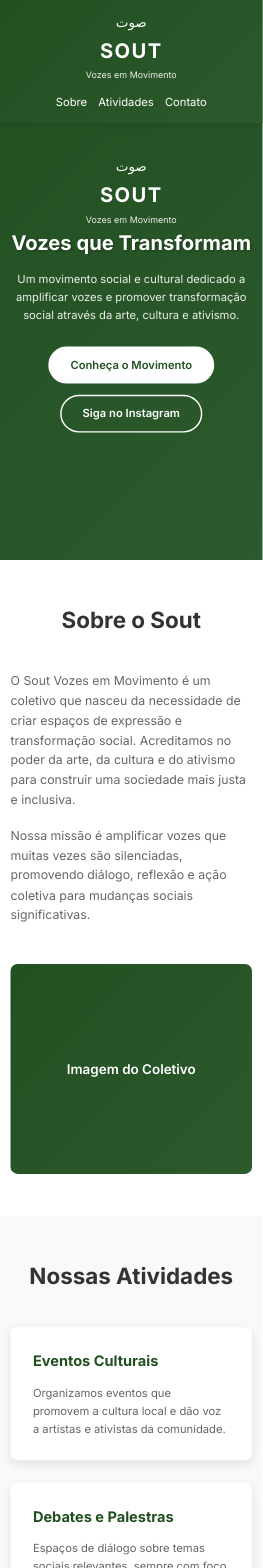
Repository: farukzahra/sout
Page: index.html
An editor plug-in stored every save of this project. The page is shown before and after a run of saves, followed by the edit.
The browser window is 375 px wide. The pictures show the part of the page from y = 0 to 2240 px (the page is 3551 px tall), at 70% of full size.

Above is the page before, as saved 2025-10-02 12:55:05.

After the next 3 saves:
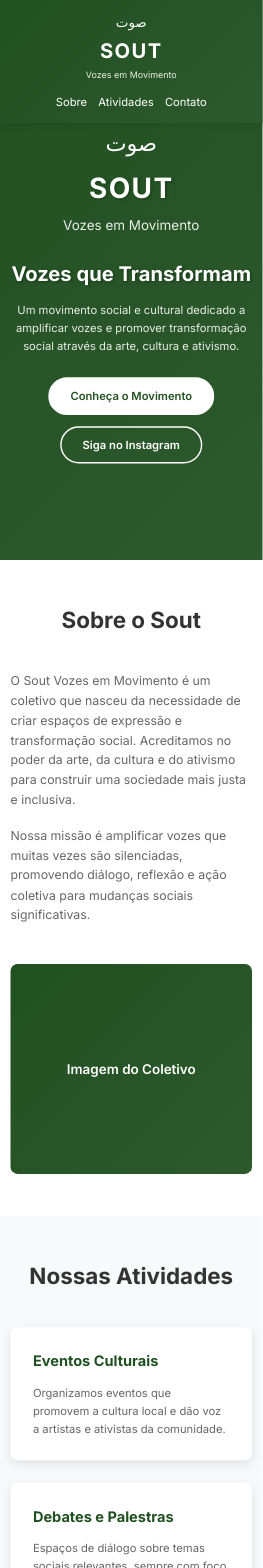
The 3 saves are shown as one change because they came seconds apart.
The last was saved 9 s later.
--- a/style.css
+++ b/style.css
@@ -89,6 +89,26 @@ body {
     min-height: 100vh;
     display: flex;
     align-items: center;
+}
+
+.hero-logo {
+    margin-bottom: 2rem;
+}
+
+.hero-logo .logo-text {
+    font-size: 2rem;
+    margin-bottom: 0.5rem;
+}
+
+.hero-logo .logo-main {
+    font-size: 4rem;
+    margin-bottom: 0.3rem;
+    text-shadow: 2px 2px 4px rgba(0,0,0,0.3);
+}
+
+.hero-logo .logo-subtitle {
+    font-size: 1.2rem;
+    opacity: 0.9;
 }
 
 .hero-content h2 {
@@ -316,6 +336,10 @@ body {
         gap: 1rem;
     }
 
+    .hero-logo .logo-main {
+        font-size: 3rem;
+    }
+
     .hero-content h2 {
         font-size: 2rem;
     }
@@ -345,6 +369,10 @@ body {
         padding: 100px 0 60px;
     }
 
+    .hero-logo .logo-main {
+        font-size: 2.5rem;
+    }
+
     .hero-content h2 {
         font-size: 1.8rem;
     }
